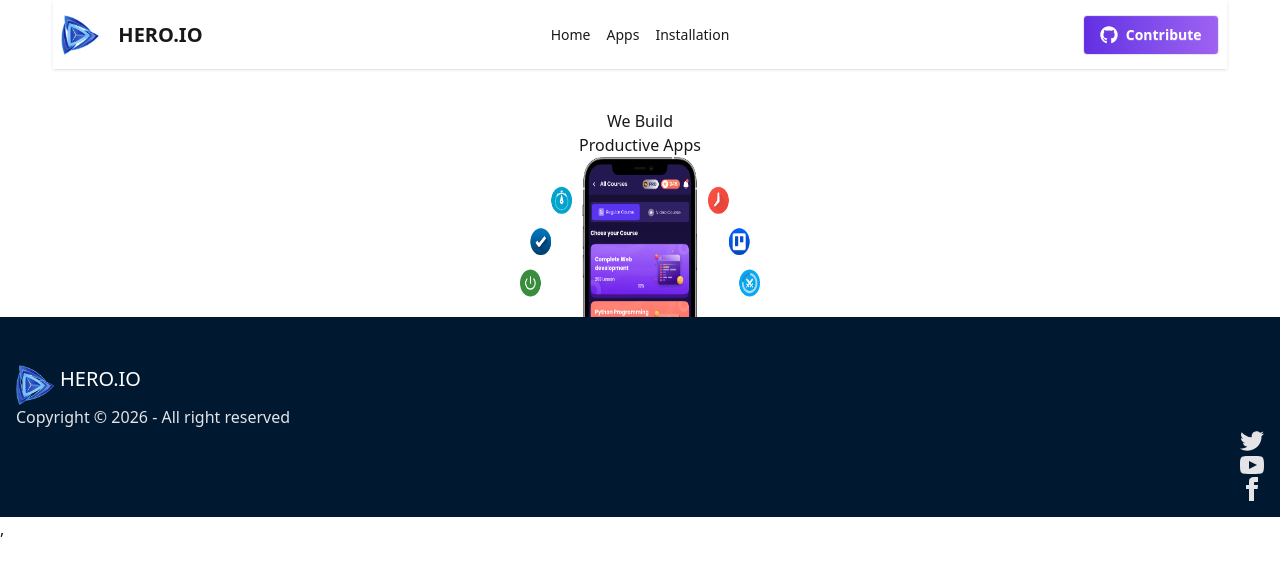
Repository: SanjidaSnigdha/Hero-app-vite-project
Page: /
These files come from the project's save history. The page is drawn as it stood at one moment and after a run of saves; the edit follows.
The browser window is 1280 px wide. The pictures show the whole page.
The project was rebuilt for these pictures with package versions that can differ from the ones it lists, and the page was loaded fresh each time. Also part of the build but not shown: vite.config.js, src/App.css, src/App.jsx, src/Pages/ErrorPages/ErrorPage.jsx.

Above is the page before, as saved 2026-05-23 19:50:29.

### index.html
<!doctype html>
<html data-theme="light" lang="en">
  <head>
    <meta charset="UTF-8" />
    <link rel="icon" type="image/svg+xml" href="/favicon.svg" />
    <meta name="viewport" content="width=device-width, initial-scale=1.0" />
    <title>hero-app-vite-project</title>
  </head>
  <body>
    <div id="root"></div>
    <script type="module" src="/src/main.jsx"></script>
  </body>
</html>

### src/main.jsx
import { StrictMode } from 'react'
import { createRoot } from 'react-dom/client'
import { RouterProvider } from "react-router";
import './index.css'
import App from './App.jsx'
import { router } from './Routes/Routes.jsx';



createRoot(document.getElementById('root')).render(
  <StrictMode>
      <RouterProvider router={router} />,

  </StrictMode>,
)

### src/Routes/Routes.jsx
import React from 'react';
import { createBrowserRouter } from "react-router";
import Root from '../Pages/Root/Root';
import ErrorPage from '../Pages/ErrorPages/ErrorPage';
import Home from '../Pages/Home/Home';


 export const router = createBrowserRouter([
  {
    path: "/",
    Component:Root,
    errorElement: <ErrorPage></ErrorPage>,
    children: [
        {
            index: true,
            path: "/",
            Component: Home
        }
    ]
  },
]);

### src/Pages/Root/Root.jsx
import React from 'react';
import Navbar from '../../Components/Header/Navbar';
import { Outlet } from 'react-router';
import Footer from '../../Components/Footer/Footer';

const Root = () => {
    return (
        <div>
            <Navbar></Navbar>
            <Outlet>

            </Outlet>
            <Footer></Footer>
        </div>
    );
};

export default Root;

### src/Pages/Home/Home.jsx
import React from 'react';
import Banner from '../../Components/Banner/Banner';

const Home = () => {
    return (
        <div>
            <Banner></Banner>
        </div>
    );
};

export default Home;

### src/Components/Header/Navbar.jsx
import React from 'react';
import { FaGithub } from "react-icons/fa";
import NavImg from '../../assets/logo.png'
const Navbar = () => {
  const links = (
    <>
  <li className="m-2 font-medium text-[#000000]/90">Home</li>
  <li className="m-2 font-medium text-[#000000]/90">Apps</li>
 <li className="m-2 font-medium text-[#000000]/90">Installation</li>
  </>
  );

    return (
  <div className="navbar bg-base-100 shadow-sm w-11/12 mx-auto">
  <div className="navbar-start">
    <div className="dropdown">
      <div tabIndex={0} role="button" className="btn btn-ghost lg:hidden">
        <svg xmlns="http://www.w3.org/2000/svg" className="h-5 w-5" fill="none" viewBox="0 0 24 24" stroke="currentColor"> <path strokeLinecap="round" strokeLinejoin="round" strokeWidth="2" d="M4 6h16M4 12h8m-8 6h16" /> </svg>
      </div>
      <ul
        tabIndex={0}
        className="menu menu-sm dropdown-content bg-base-100 rounded-box z-1 mt-3 w-52 p-2 shadow">
   {links}
      </ul>
    </div>
    <div className='flex'>
        <img src={NavImg} alt="" className='w-10 h-10' />
            <a className="btn btn-ghost text-xl text-gradient-to-r from-[#632EEF] to-[#9F62F2]">HERO.IO</a>

    </div>
  </div>
  <div className="navbar-center hidden lg:flex">
    <ul className="menu menu-horizontal px-1">
      {links}
    </ul>
  </div>
  <div className="navbar-end">
    <a
    href="https://github.com/SanjidaSnigdha/Hero-app-vite-project.git"
    target="_blank"
    rel="noopener noreferrer"
    className="btn flex items-center gap-2 rounded bg-gradient-to-r from-[#632EE3] to-[#9F62F2] text-[#FFFFFF]"
  >
    <FaGithub className="text-lg"/>
    Contribute
  </a>

  </div>
</div>
    );
  };

export default Navbar;

### src/Components/Footer/Footer.jsx
import React from 'react';
import footerImg from '../../assets/logo.png'

const Footer = () => {
    return (
       <footer class="$$footer sm:$$footer-horizontalbg-neutral text-neutral-content items-center p-4 bg-[#001931]">
  <aside class="grid-flow-col items-center mt-8">
     <div className='flex gap-1'>
            <img src={footerImg} alt="" className='w-10 h-10' />
                <a className="text-xl text-[#FFFFFF]">HERO.IO</a>

        </div>

    <p className='items-center justify-center'>Copyright © {new Date().getFullYear()} - All right reserved</p>
  </aside>
  <nav class="grid-flow-col gap-4 md:place-self-center md:justify-self-end">
    <a className='flex'>
      <svg
        xmlns="http://www.w3.org/2000/svg"
        width="24"
        height="24"
        viewBox="0 0 24 24"
        class="fill-current">
        <path
          d="M24 4.557c-.883.392-1.832.656-2.828.775 1.017-.609 1.798-1.574 2.165-2.724-.951.564-2.005.974-3.127 1.195-.897-.957-2.178-1.555-3.594-1.555-3.179 0-5.515 2.966-4.797 6.045-4.091-.205-7.719-2.165-10.148-5.144-1.29 2.213-.669 5.108 1.523 6.574-.806-.026-1.566-.247-2.229-.616-.054 2.281 1.581 4.415 3.949 4.89-.693.188-1.452.232-2.224.084.626 1.956 2.444 3.379 4.6 3.419-2.07 1.623-4.678 2.348-7.29 2.04 2.179 1.397 4.768 2.212 7.548 2.212 9.142 0 14.307-7.721 13.995-14.646.962-.695 1.797-1.562 2.457-2.549z"></path>
      </svg>
    </a>
    <a>
      <svg
        xmlns="http://www.w3.org/2000/svg"
        width="24"
        height="24"
        viewBox="0 0 24 24"
        class="fill-current">
        <path
          d="M19.615 3.184c-3.604-.246-11.631-.245-15.23 0-3.897.266-4.356 2.62-4.385 8.816.029 6.185.484 8.549 4.385 8.816 3.6.245 11.626.246 15.23 0 3.897-.266 4.356-2.62 4.385-8.816-.029-6.185-.484-8.549-4.385-8.816zm-10.615 12.816v-8l8 3.993-8 4.007z"></path>
      </svg>
    </a>
    <a>
      <svg
        xmlns="http://www.w3.org/2000/svg"
        width="24"
        height="24"
        viewBox="0 0 24 24"
        class="fill-current">
        <path
          d="M9 8h-3v4h3v12h5v-12h3.642l.358-4h-4v-1.667c0-.955.192-1.333 1.115-1.333h2.885v-5h-3.808c-3.596 0-5.192 1.583-5.192 4.615v3.385z"></path>
      </svg>
    </a>
  </nav>
</footer>
    );
};

export default Footer;

### src/Components/Banner/Banner.jsx
import React from 'react';
import bannerImg from '../../assets/hero copy.png'

const Banner = () => {
    return (
        <div className='justify-center items-center text-center flex flex-col mt-10'>
            <h1>We Build <br /><span>Productive </span>Apps</h1>
            <img src={bannerImg} alt="" className='w-60 h-40'/>
        </div>
    );
};

export default Banner;

Loaded but not shown: src/index.css (common file)

After the next 2 saves:
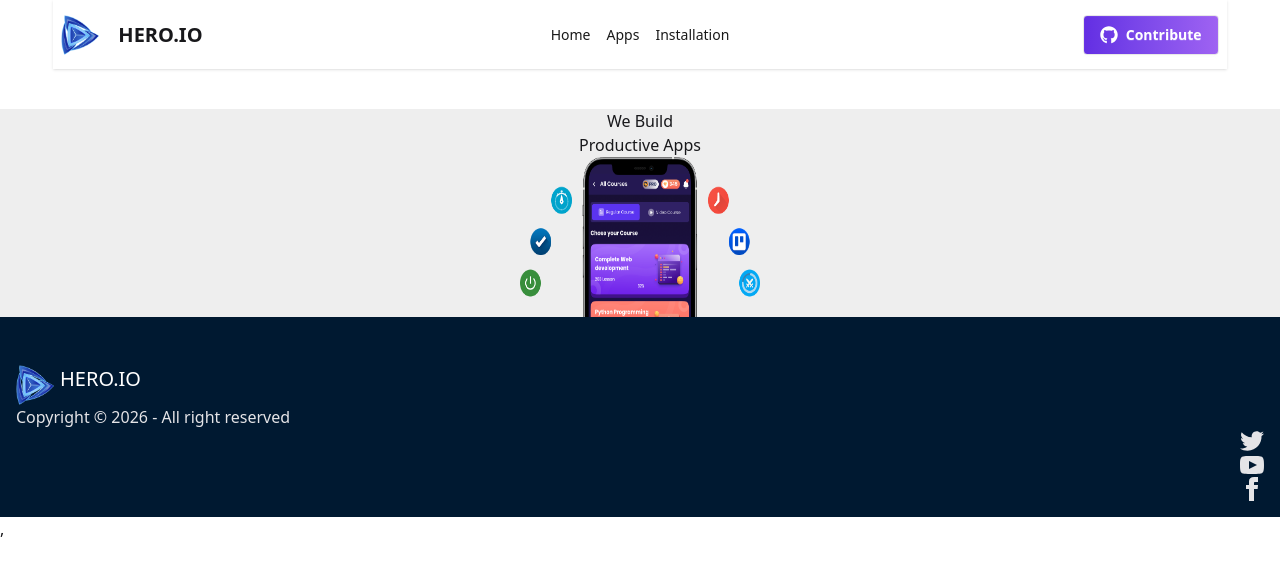
The 2 saves are shown as one change because they came seconds apart.
The last was saved 24 s later.
--- a/src/Components/Banner/Banner.jsx
+++ b/src/Components/Banner/Banner.jsx
@@ -3,7 +3,7 @@
 
 const Banner = () => {
     return (
-        <div className='justify-center items-center text-center flex flex-col mt-10'>
+        <div className='justify-center items-center text-center flex flex-col mt-10 bg-base-300'>
             <h1>We Build <br /><span>Productive </span>Apps</h1>
             <img src={bannerImg} alt="" className='w-60 h-40'/>
         </div>
